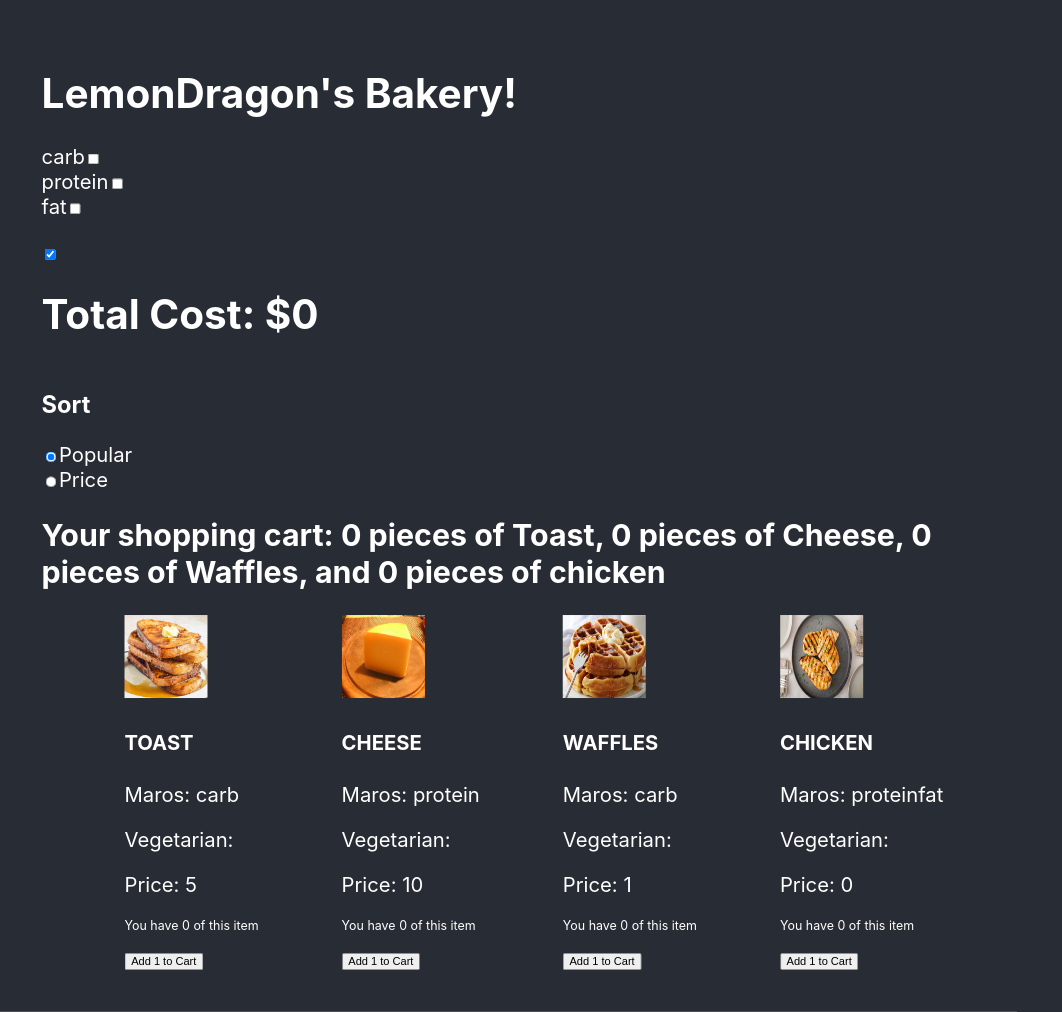
Repository: happydragon200/development
Page: /
An editor plug-in stored every save of this project. The page is shown before and after the next save, followed by the edit.
The browser window is 1280 px wide. The pictures show the whole page, at 83% of full size.
The project was rebuilt for these pictures with package versions that can differ from the ones it lists, and the page was loaded fresh each time.

Above is the page before, as saved 2022-12-02 06:15:10.

After the next save:
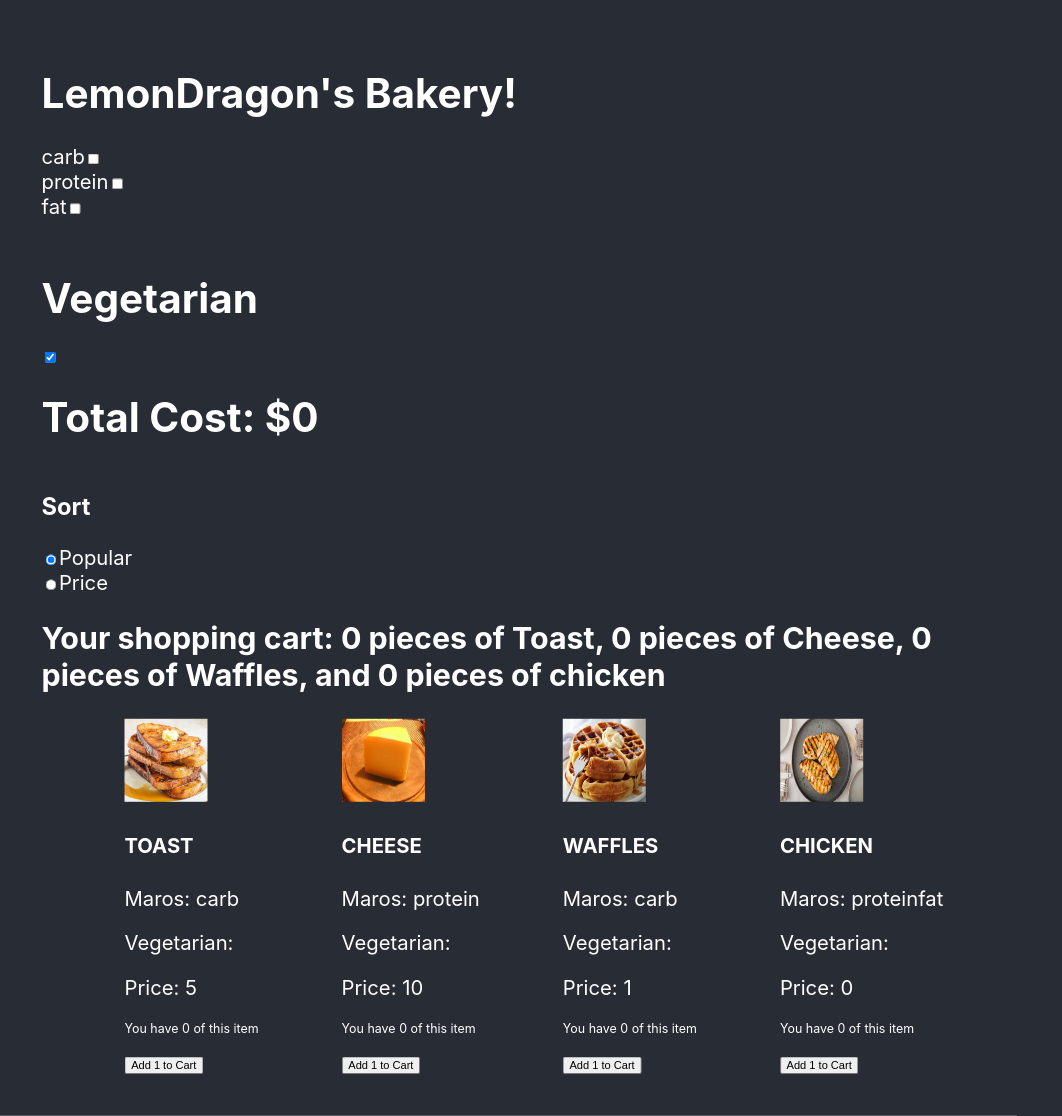
Saved 6 s later.
--- a/src/App.js
+++ b/src/App.js
@@ -198,6 +198,7 @@ function Menu() {
       <FilterBar selected={selected} changeSelected={changeSelected} />
       <div></div>
       <div></div>
+      <h1>Vegetarian</h1>
       <VegButton veg={veg} changeVeg={changeVeg}/>
       <h1>
         Total Cost: $
